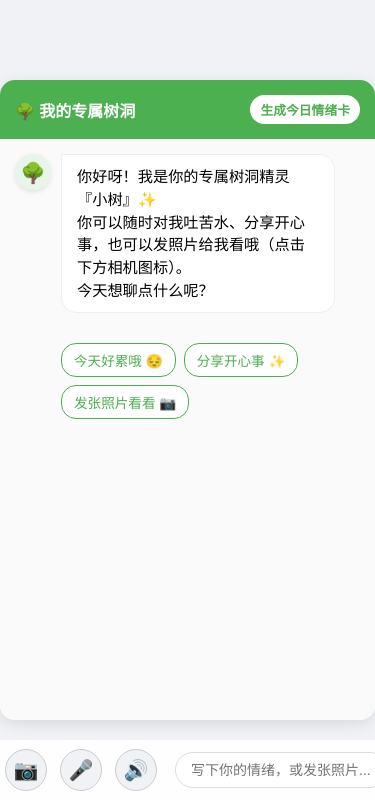
Repository: QinghuaSun1127/Tree_house
Page: index.html
These files come from the project's save history. The page is drawn as it stood at one moment and after the next save; the edit follows.
The browser window is 375 px wide. The pictures show the whole page.
Some web libraries are served in a nearby version.

Above is the page before, as saved 2026-04-10 16:43:42.

After the next save:
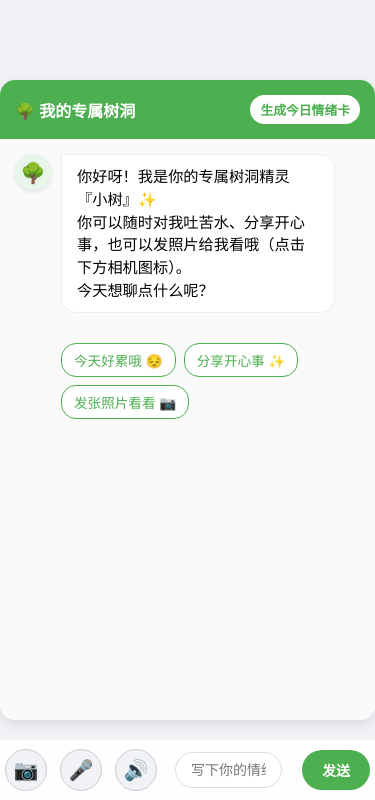
Saved 18 s later.
--- a/index.html
+++ b/index.html
@@ -235,9 +235,17 @@
                 font-size: 18px; /* 稍微缩小图标 */
             }
             #userInput {
-                margin: 0 5px; /* 缩小输入框两边的推力 */
-                padding: 0 10px;
-            }
+            flex: 1; /* 占据剩余全部空间 */
+            min-width: 0; /* 🔑 魔法2：打破输入框的傲慢，强制它必须缩短让出空间 */
+            height: 36px;
+            border: 1px solid #ddd;
+            border-radius: 18px;
+            padding: 0 10px;
+            margin: 0 6px; /* 缩小和两边按钮的间距 */
+            font-size: 14px;
+            outline: none;
+            box-sizing: border-box;
+        }
             .send-btn {
                 padding: 8px 12px; /* 确保发送按钮完整显示 */
             }
